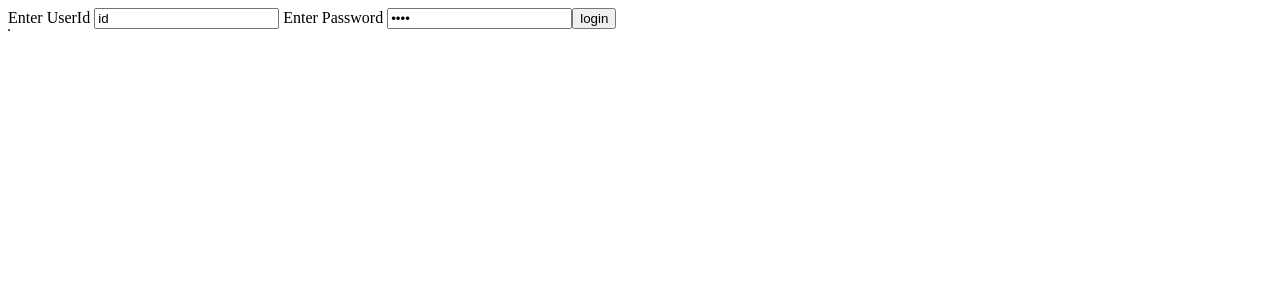
Repository: MethaniVanya/name
Page: cts46/Training/WebContent/Login.html
An editor plug-in stored every save of this project. The page is shown before and after the next save, followed by the edit.
The browser window is 1280 px wide. The pictures show the whole page.

Above is the page before, as saved 2020-03-03 04:27:36.

### cts46/Training/WebContent/Login.html
<!DOCTYPE html>
<html>
<head>
<meta charset="ISO-8859-1">
<title>Insert title here</title>
</head>
<body>

<form action="http://localhost:8082/Training/LoginValidate.jsp">
<table border="1">
<tr> Enter UserId <input type="text" value="id" /> </tr>
<tr> Enter Password <input type="password" value="pass" /> </tr>
<tr> <input type="submit" value="login" /> </tr>
</table>
</form>

</body>
</html>

After the next save:
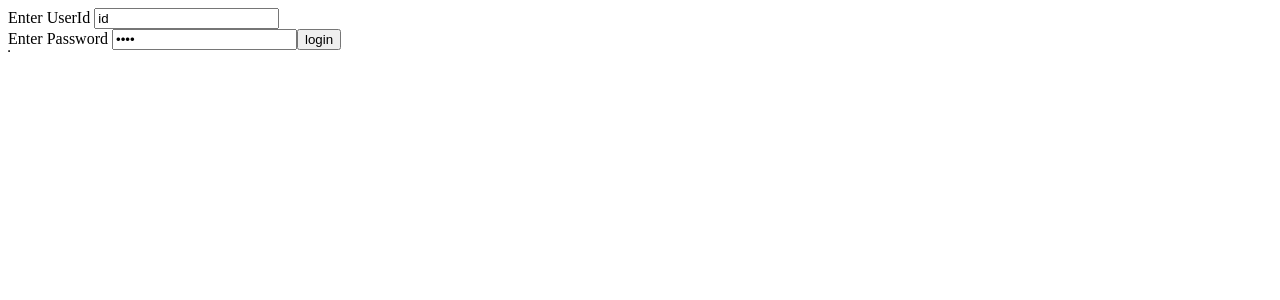
Saved 119 s later.
--- a/cts46/Training/WebContent/Login.html
+++ b/cts46/Training/WebContent/Login.html
@@ -8,7 +8,7 @@
 
 <form action="http://localhost:8082/Training/LoginValidate.jsp">
 <table border="1">
-<tr> Enter UserId <input type="text" value="id" /> </tr>
+<tr> Enter UserId <input type="text" value="id" /> </tr><br>
 <tr> Enter Password <input type="password" value="pass" /> </tr>
 <tr> <input type="submit" value="login" /> </tr>
 </table>
